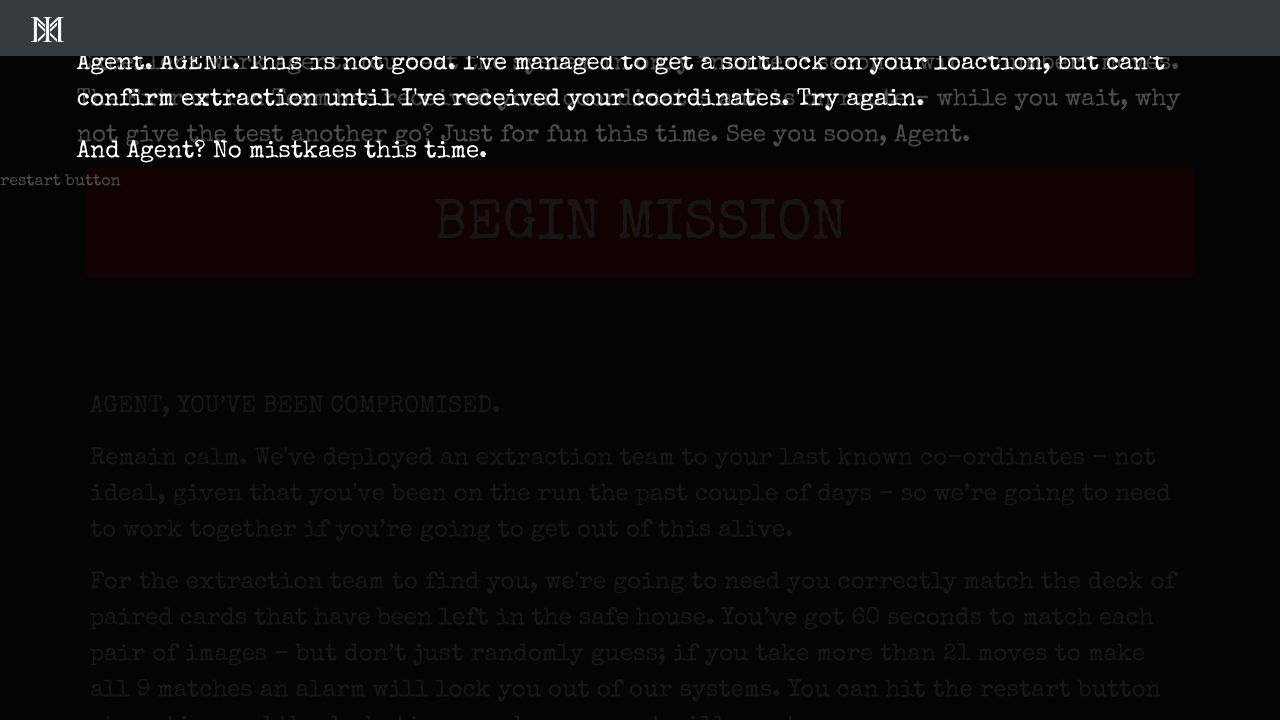
Repository: Code-Institute-Submissions/Milestone-25
Page: index.html
The author's editor kept a record of every edit. The page is drawn from the files as they stood at one moment, then again after the next edit.
The browser window is 1280 px wide. The pictures show the window.
A layer covers the whole window, so only the first screen is drawn. Some web libraries are served in a nearby version.

Above is the page before.
Console error (its wording comes from the project's code and is left out).

### index.html
<!DOCTYPE html>
<html lang="en">

<head>
  <meta charset="UTF-8">
  <meta name="viewport" content="width=device-width, initial-scale=1">
  <meta http-equiv="X-UA-Compatible" content="ie=edge">
  <link rel="stylesheet" href="https://stackpath.bootstrapcdn.com/bootstrap/4.4.1/css/bootstrap.min.css" integrity="sha384-Vkoo8x4CGsO3+Hhxv8T/Q5PaXtkKtu6ug5TOeNV6gBiFeWPGFN9MuhOf23Q9Ifjh" crossorigin="anonymous">
  <script src="https://maxcdn.bootstrapcdn.com/bootstrap/4.4.1/js/bootstrap.min.js"></script>
  <script src="https://use.fontawesome.com/releases/v5.12.0/js/all.js"></script>
  <link rel="stylesheet" href="assets/css/style.css" media="screen">
  <title>Memoryphile Home</title>
</head>

<body>
  <!--Navbar for style purposes only-->
  <nav class="navbar navbar-expand-md navbar-dark bg-dark sticky-top">
    <div class="container-fluid">
      <a class="navbar-brand"><img src="./assets/images/logo.png" class="logo" alt="Memoryphile Logo"></a>
    </div>
  </nav>

  <!--Button to jump to game-->
  <div class="container-fluid padding">
    <div class="row padding">
      <div class="container-sm">
        <a href="./game.html"><button type="button" class="btn btn-secondary btn-lg btn-block">BEGIN MISSION</button></a>
      </div>
    </div>
  </div>

  <!--Instructions paragraph-->
  <div class="container-fluid padding">
    <div class="row padding">
      <div class="col-md">
        <p class="instructions">AGENT, YOU’VE BEEN COMPROMISED.</p>
        <p class="instructions">Remain calm. We've deployed an extraction team to your last known co-ordinates - not ideal, given that you've been on the run the past couple of days – so we’re going to need to work together if you’re going to get out of this alive.</p>
        <p class="instructions"> For the extraction team to find you, we're going to need you correctly match the deck of paired cards that have been left in the safe house. You’ve got 60 seconds to match each pair of images – but don’t just randomly guess; if you take more than
          21 moves to make all 9 matches an alarm will lock you out of our systems. You can hit the restart button at anytime and the deck, timer, and move count will reset.</p>
        <p class="instructions"> Make the matches, and your updated coordinates will be sent across… fail any of these requirements and you’re on your own.</p>
        <p class="instructions"> Good luck Agent,</p>
        <p class="instructions"> G.M.</p>
      </div>
    </div>
  </div>

<!-- testing game popup -->
  <!-- mission success overlay -->
  <div id="success" class="overlay">
    <h2 class="title">Mission Success</h2>
    <p class="instructions">Excellent work Agent. You beat the system in only *number* seconds with *number* moves. The Extraction Team has received your coordinates and is on route - while you wait, why not give the test another go? Just for fun this time. See you soon, Agent.</p>
    <div>restart button</div>
  </div>

  <!-- mission failure overlay -->
  <div id="failure" class="overlay">
    <h2 class="title">Mission Failure</h2>
    <p class="instructions">Agent. AGENT. This is not good. I've managed to get a softlock on your loaction, but can't confirm extraction until I've received your coordinates. Try again.</p>
     <p class="instructions">And Agent? No mistkaes this time.</p>
  </div>


</body>


</html>

### assets/css/style.css
@import url('https://fonts.googleapis.com/css?family=Homemade+Apple|Special+Elite&display=swap');

/* ==============  MEDIA QUERIES   ==============*/

/*--------Bootstrap Breakpoints---------*/

/* xs devices (<576px) = default in Bootstrap (hence no media query)

sm devices (>576px) = @media max-width: 576px

md devices (>768px) = @media max-width: 768px

lg devices (>992px) = @media max-width: 992px

xl devices (>1200px) = @media max-width: 1200px
*/

/*--------Media Queries--------*/

/* max-width, not min-width, for mobile-first styling */

@media (max-width: 992px) {}

@media (max-width: 768px) {}

@media (max-width: 576px) {}


/* ==============STYLING==============*/

/*--------HTML, BODY Styling-----*/

html,
body {
    height: 100%;
    width: 100%;
    font-family: 'Special Elite', sans-serif;
    color: #fff;
    background-color: #2c2c2d;
    box-sizing: border-box;
}

/*------------BUTTON STYLING--------*/

.btn-secondary {
    background-color: #c30e0e;
    border-color: #c30e0e;
    margin-top: 10%;
    margin-bottom: 10%;
    font-size: 350%;
    padding-top: 1.5%;

}


/*------------Instructions STYLING--------*/

.instructions {
    font-size: 150%;
    display: inline-block;
    margin-left: 6%;
    margin-right: 6%;
}


/*--------------GAME.html styling---------*/

*,
*::before,
*::after {
    box-sizing: inherit;
}


.gameContainer {
    /* Flexbox */
    flex-direction: column;
    display: flex;
    justify-content: center;
    align-items: center;
}

.logo {
    height: 25px;
}

.nav-link {
    padding-top: 5px;
    color: #fff;
    font-size: 25px;
}

a:hover {
    color: #424242;
    text-decoration: none;
}


/*------------REQUIRMENTS Styling--------*/

.requirements {
    text-align: left;
    margin-top: 35px;
    margin-bottom: 25px;
    width: 950px;
    font-size: 200%;

}

.requirements .timer {
    float: left;
}

.requirements .restart {
    float: right;
}

.requirements .moves {
    float: inherit;
}

.requirements-timer {
    text-align: center;
    margin-top: 35px;
    font-size: 300%;
}


/*------------GAMEDECK Styling ---------*/

.gamedeck {
    min-height: 600px;
    width: 1350px;
    background: #888888;
    border-radius: 15px;
    padding: 30px;
    /* Flexbox */
    display: flex;
    flex-wrap: wrap;
    justify-content: center;
    align-items: center;
}

.gamedeck .card {
    height: 175px;
    width: 175px;
    background: #424242;
    border-radius: 8px;
    box-shadow: 5px 2px 20px 0 rgba(46, 61, 73, 0.5);
    margin: 1%;
    /* shrink font so that when a card is 'flipped', font enlarges */
    font-size: 0;
    color: #ffffff;
    display: flex;
    justify-content: center;
    align-items: center;
    /* add cursor to indicate interactivity to user */
    cursor: pointer;
}

/* for click reveal */

.gamedeck .card.open {
    transform: rotateY(0) !important;
    font-size: 75px;
    background: #421a1a;
    /* fix for webpages */
    -webkit-backface-visibility: visible !important;
    backface-visibility: visible !important;
    /* return cursor to default to inform user card is no longer clickable */
    cursor: default;
}

.gamedeck .card.show {
    font-size: 75px;
    display: inherit!important;
}

.gamedeck .card.close {
    pointer-events: none;
    opacity: 0.9;
}

.gamedeck .card.matched {
    cursor: default;
    background: #523632;
    font-size: 75px;
}

/*--------------------Overlay Styling -------------*/

.overlay {
    position: fixed;
    top: 0;
    bottom: 0;
    left: 0;
    right: 0;
    background: rgba(0, 0, 0, 0.7);
}

/*.overlay:target {*/
/*	visibility: visible;*/
/*	opacity: 1;*/
/*}*/

.title {
    display: inline-block;
    margin-left: 6%;
    margin-right: 6%;
}

/*.popup {*/
/*	margin: 70px auto;*/
/*	padding: 20px;*/
/*	background: #ffffff;*/
/*	border-radius: 5px;*/
/*	width: 85%;*/
/*	position: relative;*/
/*	transition: all 5s ease-in-out;*/
/*	font-family: 'Gloria Hallelujah', cursive;*/
/*}*/

/*.popup h2 {*/
/*	margin-top: 0;*/
/*	color: #333;*/
/*	font-family: Tahoma, Arial, sans-serif;*/
/*}*/

/*.popup .close {*/
/*	position: absolute;*/
/*	top: 20px;*/
/*	right: 30px;*/
/*	transition: all 200ms;*/
/*	font-size: 30px;*/
/*	font-weight: bold;*/
/*	text-decoration: none;*/
/*	color: #333;*/
/*}*/

/*.popup .close:hover {*/
/*	color: #E5F720;*/
/*}*/

/*.popup .content-1,*/
/*.content-2 {*/
/*	max-height: 30%;*/
/*	overflow: auto;*/
/*	text-align: center;*/
/*}*/

/*.show {*/
/*	visibility: visible !important;*/
/*	opacity: 100 !important;*/
/*}*/

After the next edit:
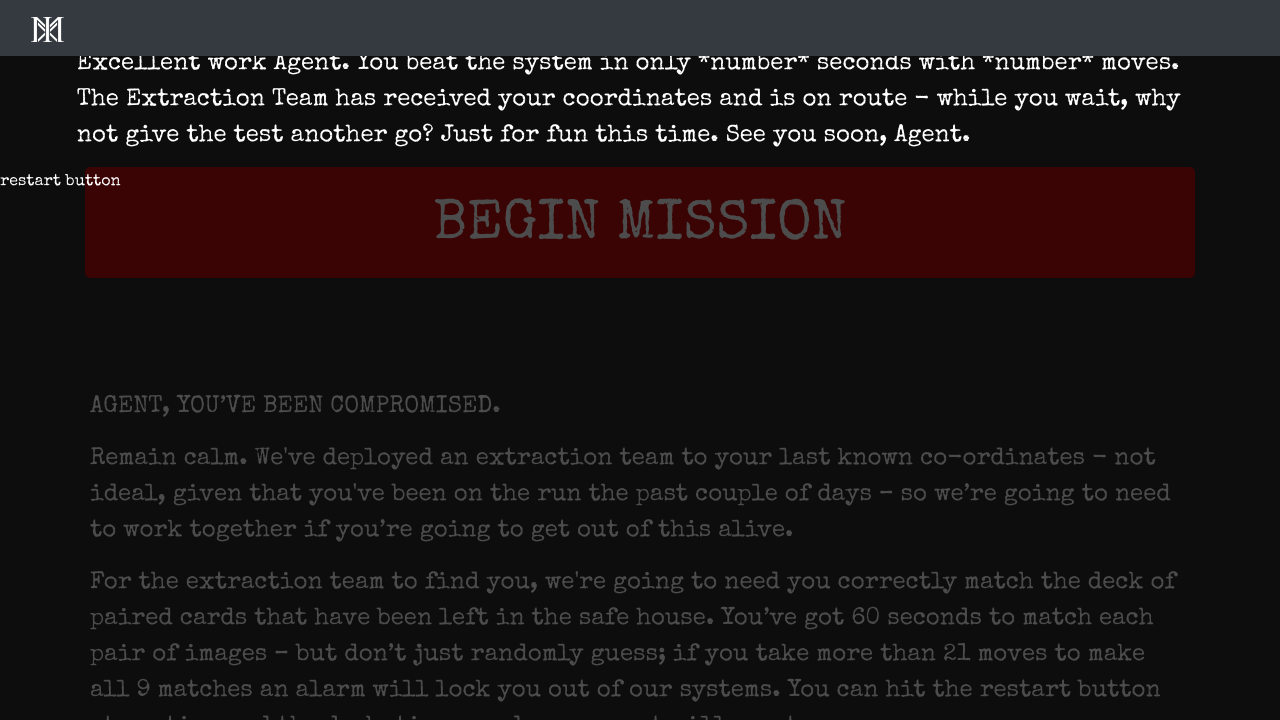
The edit:
--- a/index.html
+++ b/index.html
@@ -53,11 +53,12 @@
   </div>
 
   <!-- mission failure overlay -->
-  <div id="failure" class="overlay">
-    <h2 class="title">Mission Failure</h2>
-    <p class="instructions">Agent. AGENT. This is not good. I've managed to get a softlock on your loaction, but can't confirm extraction until I've received your coordinates. Try again.</p>
-     <p class="instructions">And Agent? No mistkaes this time.</p>
-  </div>
+  <!--<div id="failure" class="overlay">-->
+  <!--  <h2 class="title">Mission Failure</h2>-->
+  <!--  <p class="instructions">Agent. AGENT. This is not good. I've managed to get a softlock on your loaction, but can't confirm extraction until I've received your coordinates. Try again.</p>-->
+  <!--   <p class="instructions">And Agent? No mistakes this time.</p>-->
+  <!--   <div>restart button</div>-->
+  <!--</div>-->
 
 
 </body>
